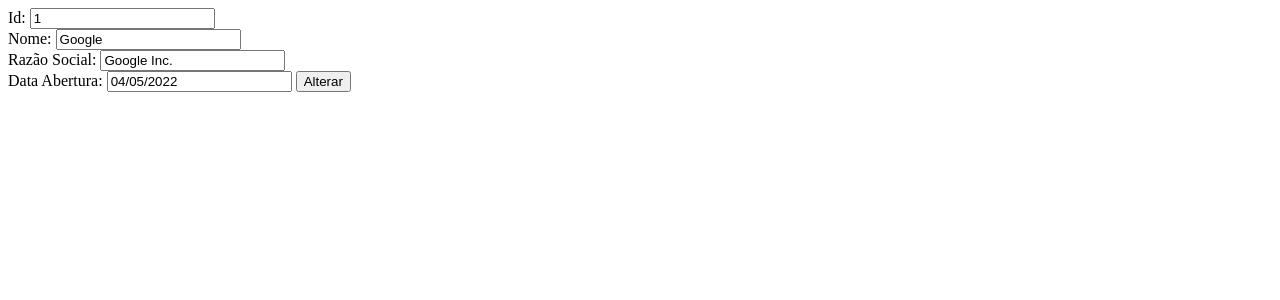
Repository: wwilsoncp/alura-java
Page: http://localhost/gerenciador/mostraEmpresa?id=1
The author's editor kept a copy of each file at every save. The page is drawn from the files as they stood at one save, then again after the next save.
The browser window is 1280 px wide. The pictures show the whole page.
The page is served by Tomcat 9.

Above is the page before, as saved 2022-05-20 01:38:52.

After the next save:
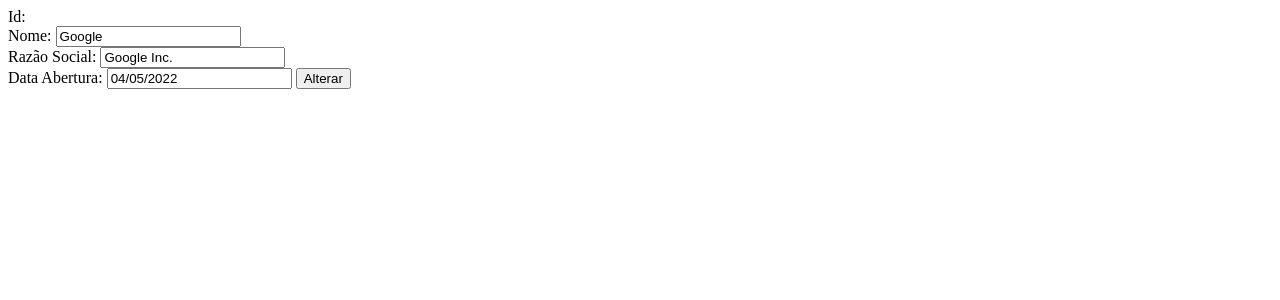
Saved 3 min 59 s later.
--- a/gerenciador/WebContent/formAlteraEmpresa.jsp
+++ b/gerenciador/WebContent/formAlteraEmpresa.jsp
@@ -10,7 +10,7 @@
 <body>
 	<form action="${linkServeletAlteraEmpresa}" method="post">
 
-		Id: <input type="text" name="id" value="${empresa.id}" readonly="readonly" />
+		Id: <input type="hidden" name="id" value="${empresa.id}" />
 		<br>
 		Nome: <input type="text" name="nome" value="${empresa.nome}" />
 		<br>
